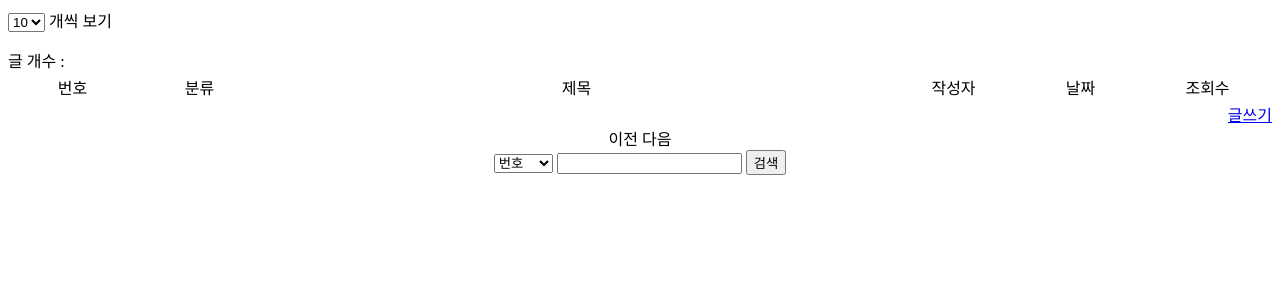
Repository: ekgus419/hckj
Page: http://localhost/Railro/WEB-INF/views/railro/railroList.jsp
An editor plug-in stored every save of this project. The page is shown before and after the next save, followed by the edit.
The browser window is 1280 px wide. The pictures show the whole page.
The page is served by Tomcat 9. Nobody is signed in. Other server files are loaded and not shown. The template is opened directly, without the code that normally fills it, so the values that code supplies are empty.

Above is the page before, as saved 2016-09-04 11:47:36.

### Railro/src/main/webapp/WEB-INF/views/railro/railroList.jsp
<%@ page language="java" pageEncoding="UTF-8" trimDirectiveWhitespaces="true"%>
<%@ taglib prefix="c" uri="http://java.sun.com/jsp/jstl/core" %>

<div class="content">
	<div class="setting">
		<div class="limit-setting">
			<form action="" method="get">
				<select name="limit" onchange="limit_submit()">
					<option value="5">5</option>
					<option value="10" selected="selected">10</option>
					<option value="15">15</option>
					<option value="20">20</option>
				</select>
				개씩 보기
			</form>
		</div>
		<span>글 개수 : <b>${railroListCount}</b> </span>
	</div>
	<table class="list" width="100%">
		<tr class="list-col" align="center" valign="middle">
			<td width="10%">
				<div align="center">번호</div>
			</td>
			<td width="10%">
				<div align="center">분류</div>
			</td>
			<td width="50%">
				<div align="center">제목</div>
			</td>
			<td width="10%">
				<div align="center">작성자</div>
			</td>
			<td width="10%">
				<div align="center">날짜</div>
			</td>
			<td width="10%">
				<div align="center">조회수</div>
			</td>
		</tr>

		<c:forEach var="railro" items="${railroList}">

			<tr class="list_contents" align="center" valign="middle"
				onmouseover="this.style.backgroundColor='#fcfcfc'"
				onmouseout="this.style.backgroundColor=''">
				<td>
					<div align="center">${railro.ID}</div>
				</td>
				<td>
					<div align="center">${railro.SUBJECT}</div>
				</td>
				<td>
				<a href="railroDetail.htm?ID=${railro.ID}">
					<div align="left">${railro.TITLE}</div>
				</a>
				</td>
				<td>
					<div align="center">${railro.WRITER}</div>
				</td>
				<td>
					<div align="center">${railro.REGDATE}</div>
				</td>
				<td>
					<div align="center">${railro.HIT}</div>
				</td>
			</tr>
		</c:forEach>
	</table>
	<div class="register-btn" align="right">
		<span><a href="javascript:void(0)" onclick="location.href='railroReg.htm'">글쓰기</a></span>
	</div>
	<div class="paging" align="center">
	이전&nbsp;다음
	</div>
	<div class="search" align="center">
		<form action="railroSearchList.htm" method="get">
			<select name="keyField">
				<option value="ID">번호</option>
				<option value="WRITER">작성자</option>
				<option value="TITLE">제목</option>
				<option value="SUBJECT">분류</option>
			</select>
			<input type="text" name="keyWord"/>
			<input class="submit" type="submit" value="검색"/>
		</form>
	</div>
</div>

After the next save:
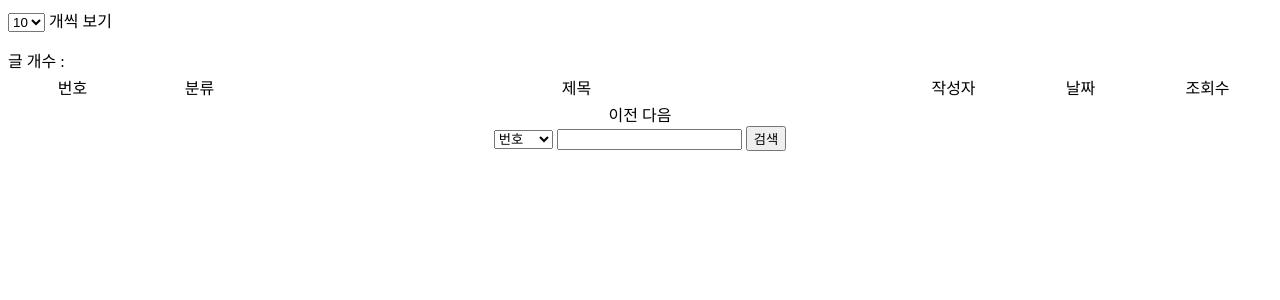
Saved 105 s later.
--- a/Railro/src/main/webapp/WEB-INF/views/railro/railroList.jsp
+++ b/Railro/src/main/webapp/WEB-INF/views/railro/railroList.jsp
@@ -1,5 +1,7 @@
 <%@ page language="java" pageEncoding="UTF-8" trimDirectiveWhitespaces="true"%>
 <%@ taglib prefix="c" uri="http://java.sun.com/jsp/jstl/core" %>
+<%@ taglib prefix="security" uri="http://www.springframework.org/security/tags" %>
+
 
 <div class="content">
 	<div class="setting">
@@ -66,22 +68,26 @@
 			</tr>
 		</c:forEach>
 	</table>
-	<div class="register-btn" align="right">
-		<span><a href="javascript:void(0)" onclick="location.href='railroReg.htm'">글쓰기</a></span>
-	</div>
-	<div class="paging" align="center">
-	이전&nbsp;다음
-	</div>
-	<div class="search" align="center">
-		<form action="railroSearchList.htm" method="get">
-			<select name="keyField">
-				<option value="ID">번호</option>
-				<option value="WRITER">작성자</option>
-				<option value="TITLE">제목</option>
-				<option value="SUBJECT">분류</option>
-			</select>
-			<input type="text" name="keyWord"/>
-			<input class="submit" type="submit" value="검색"/>
-		</form>
-	</div>
+
+	<security:authorize ifAllGranted="ROLE_USER">
+		<div class="register-btn" align="right">
+			<span><a href="javascript:void(0)" onclick="location.href='railroReg.htm'">글쓰기</a></span>
+		</div>
+	</security:authorize>
+
+		<div class="paging" align="center">
+		이전&nbsp;다음
+		</div>
+		<div class="search" align="center">
+			<form action="railroSearchList.htm" method="get">
+				<select name="keyField">
+					<option value="ID">번호</option>
+					<option value="WRITER">작성자</option>
+					<option value="TITLE">제목</option>
+					<option value="SUBJECT">분류</option>
+				</select>
+				<input type="text" name="keyWord"/>
+				<input class="submit" type="submit" value="검색"/>
+			</form>
+		</div>
 </div>
